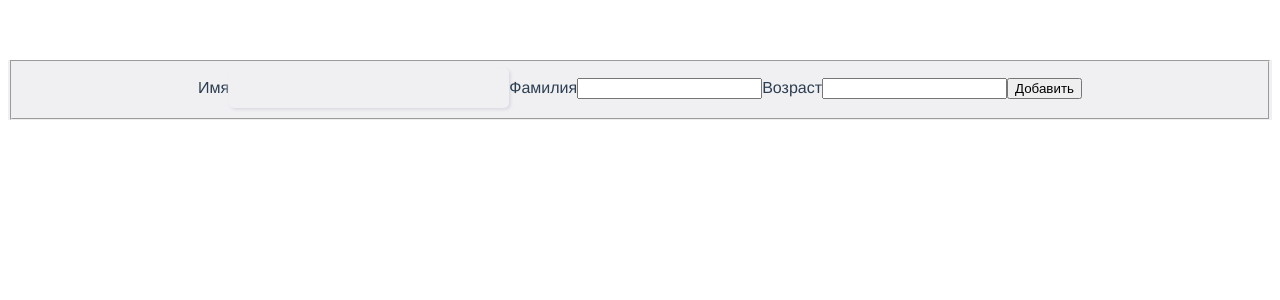
Repository: shum89/test-vue-table
Page: /
An editor plug-in stored every save of this project. The page is shown before and after the next save, followed by the edit.
The browser window is 1280 px wide. The pictures show the whole page.
The project was rebuilt for these pictures with package versions that can differ from the ones it lists, and the page was loaded fresh each time. Also part of the build but not shown: vue.config.js.

Above is the page before, as saved 2021-07-18 14:10:02.

After the next save:
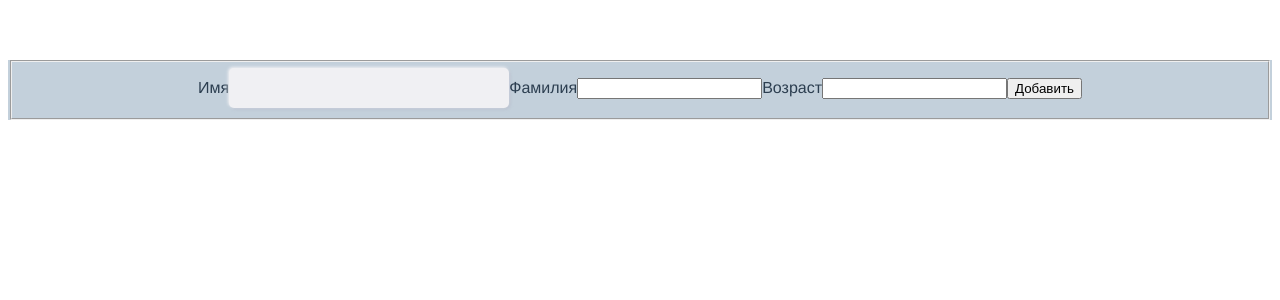
Saved 24 s later.
--- a/src/App.vue
+++ b/src/App.vue
@@ -57,7 +57,7 @@ body {
   text-align: center;
   color: #2c3e50;
   margin-top: 60px;
-  background: #f0f0f3;
+  background: var(--base2);
   box-sizing: border-box;
 }
 .table__row-group {
